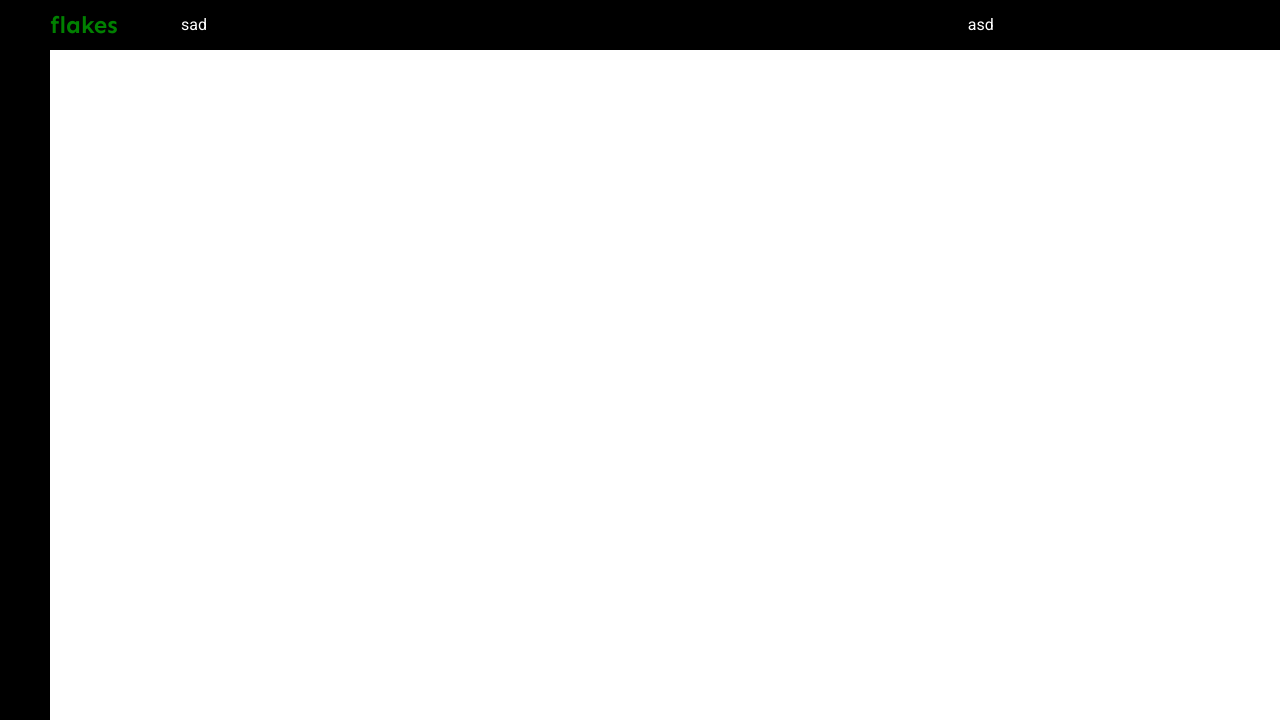
Repository: JulyK9/Movie-Website
Page: index.html
These files come from the project's save history. The page is drawn as it stood at one moment and after the next save; the edit follows.
The browser window is 1280 px wide. The pictures show the whole page.

Above is the page before, as saved 2022-07-03 00:40:14.

After the next save:
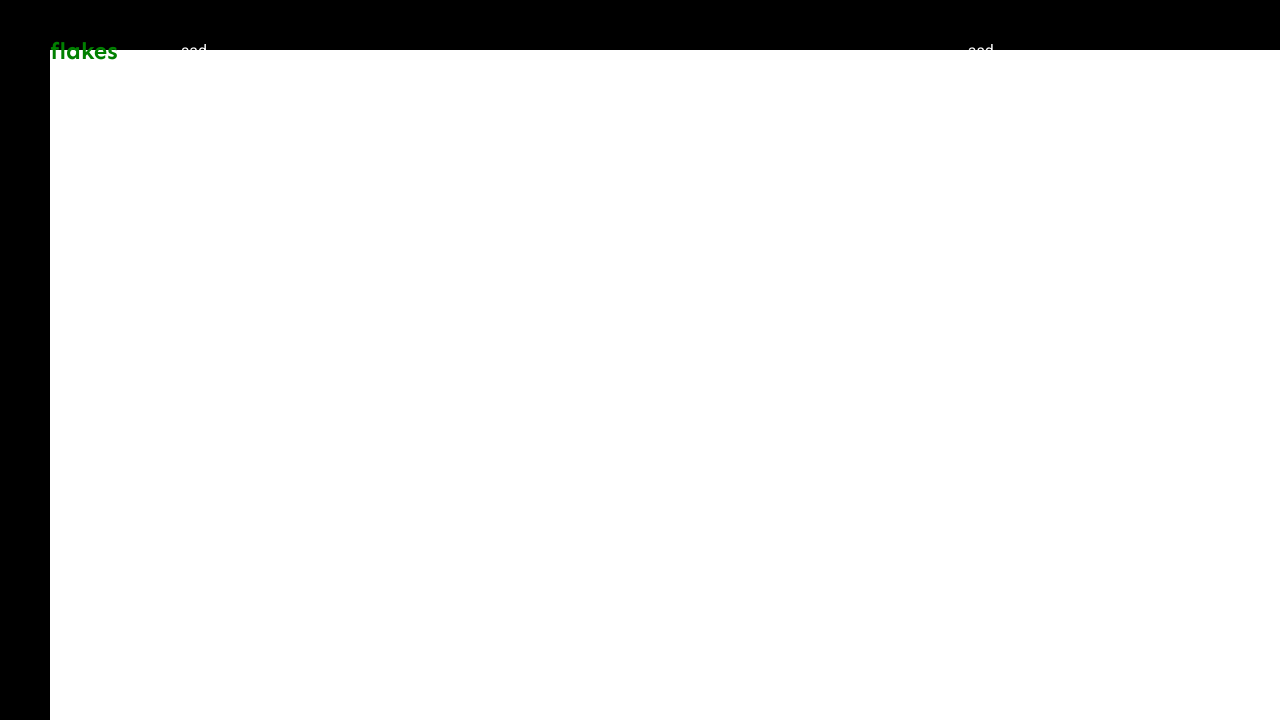
Saved 109 s later.
--- a/style.css
+++ b/style.css
@@ -17,8 +17,9 @@
 .navbar-container {
     display: flex;
     align-items: center;
-    padding: 10px 50px;
+    padding: 50px;
     color: white;
+    height: 100%;
 }
 
 .logo-container {
